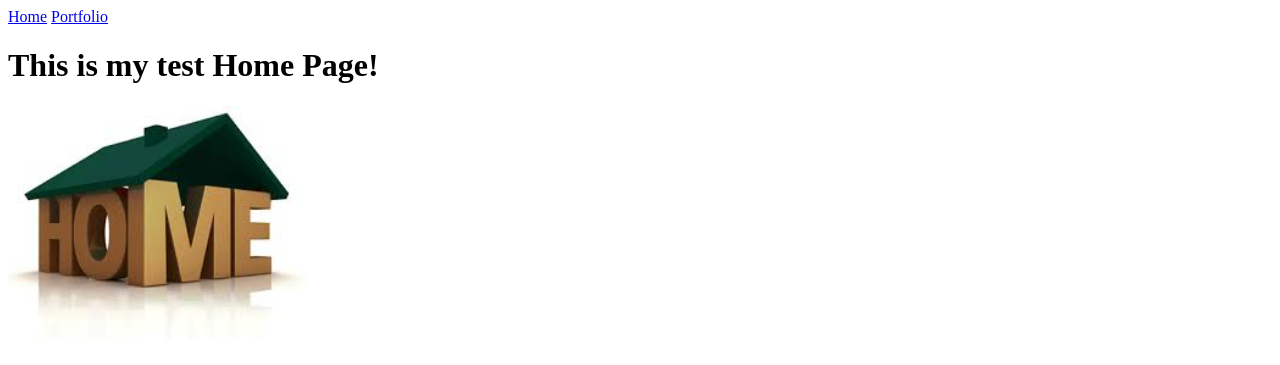
Repository: EMcmurray1862/emcmurray1862.github.io
Page: my_website/index.html
The author's editor kept a record of every edit. The page is drawn from the files as they stood at one moment, then again after the next edit.
The browser window is 1280 px wide. The pictures show the whole page.

Above is the page before.

### my_website/index.html
<!doctype html>
<html lang="en">
  <head>
    <meta charset="utf-8">
    <title>Home</title>
  </head>
  <body>
    <a href="index.html">Home</a>
    <a href="portfolio.html">Portfolio</a>
    <h1>This is my test Home Page!</h1>
    <img src="images/home.jpg" height="250">
  </body>
</html>

After the next edit:
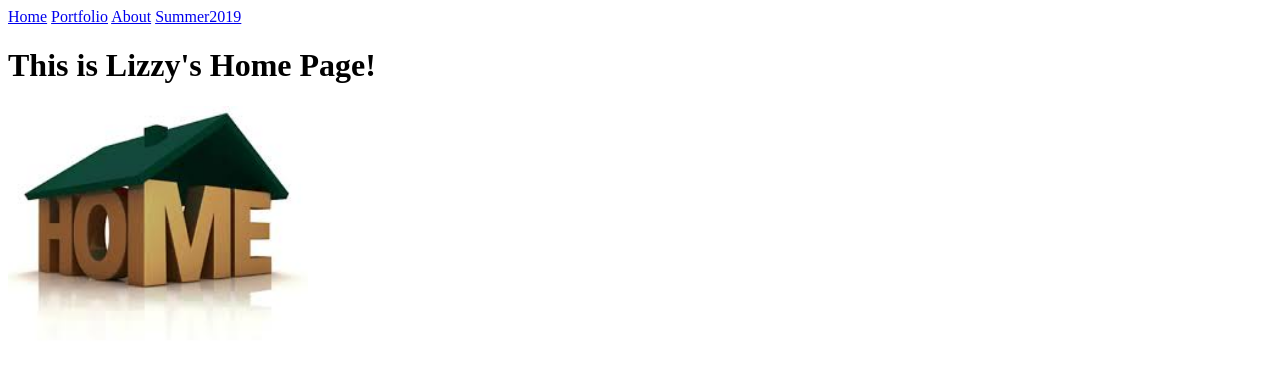
The edit:
--- a/my_website/index.html
+++ b/my_website/index.html
@@ -7,7 +7,9 @@
   <body>
     <a href="index.html">Home</a>
     <a href="portfolio.html">Portfolio</a>
-    <h1>This is my test Home Page!</h1>
+    <a href="about.html">About</a>
+    <a href="about.html">Summer2019</a>
+    <h1>This is Lizzy's Home Page!</h1>
     <img src="images/home.jpg" height="250">
   </body>
 </html>
